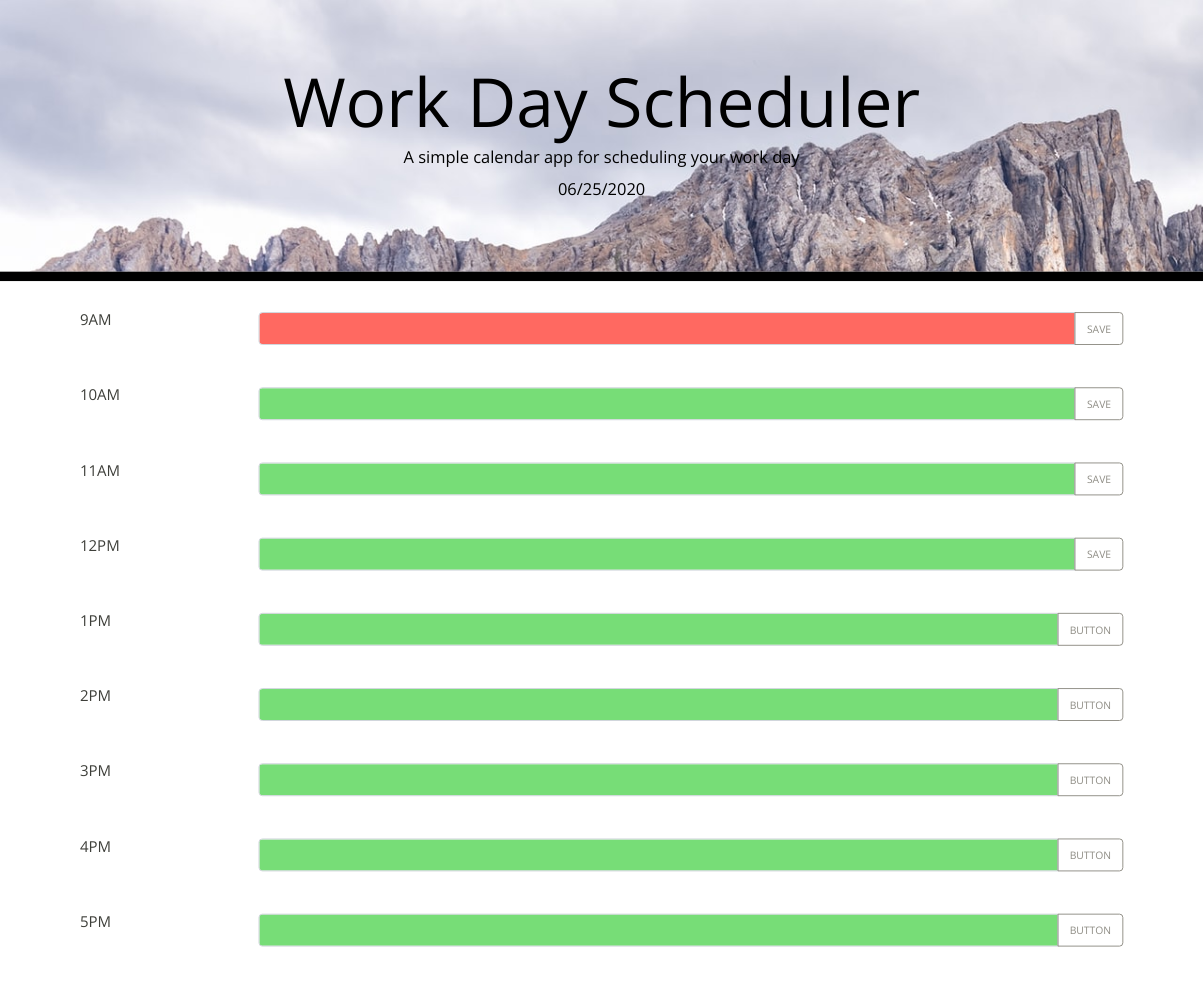
Repository: himaja830/Day-Planner
Page: Develop/index.html
An editor plug-in stored every save of this project. The page is shown before and after the next save, followed by the edit.
The browser window is 1280 px wide. The pictures show the whole page, at 94% of full size.
Some web libraries are served in a nearby version.

Above is the page before, as saved 2020-06-25 16:58:59.

After the next save:
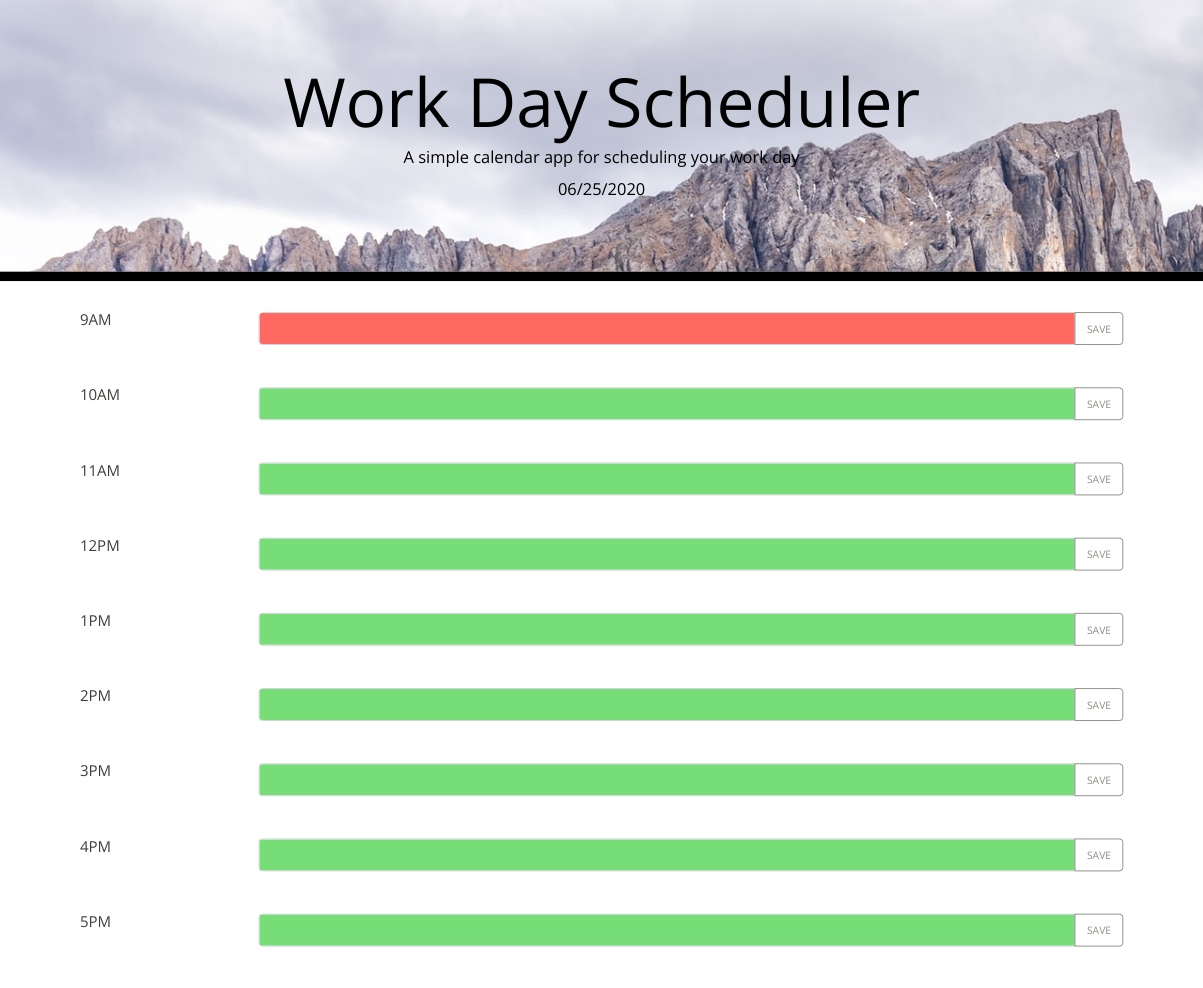
Saved 22 s later.
--- a/Develop/index.html
+++ b/Develop/index.html
@@ -89,7 +89,7 @@
           <input type="text" class="form-control event"  aria-label="Recipient's username"
             aria-describedby="button-addon2" data-time="13">
           <div class="input-group-append">
-            <button class="btn btn-outline-secondary" type="button" id="button-addon1" data-time="13">Button</button>
+            <button class="btn btn-outline-secondary" type="button" id="button-addon1" data-time="13">Save</button>
           </div>
         </div>
       </div>
@@ -104,7 +104,7 @@
           <input type="text" class="form-control event"  aria-label="Recipient's username"
             aria-describedby="button-addon2" data-time="14">
           <div class="input-group-append">
-            <button class="btn btn-outline-secondary" type="button" id="button-addon2" data-time="14">Button</button>
+            <button class="btn btn-outline-secondary" type="button" id="button-addon2" data-time="14">Save</button>
           </div>
         </div>
       </div>
@@ -118,7 +118,7 @@
           <input type="text" class="form-control event"  aria-label="Recipient's username"
             aria-describedby="button-addon2" data-time="15">
           <div class="input-group-append">
-            <button class="btn btn-outline-secondary" type="button" id="button-addon3" data-time="15">Button</button>
+            <button class="btn btn-outline-secondary" type="button" id="button-addon3" data-time="15">Save</button>
           </div>
         </div>
       </div>
@@ -133,7 +133,7 @@
           <input type="text" class="form-control event"  aria-label="Recipient's username"
             aria-describedby="button-addon2" data-time="16">
           <div class="input-group-append">
-            <button class="btn btn-outline-secondary" type="button" id="button-addon4" data-time="16">Button</button>
+            <button class="btn btn-outline-secondary" type="button" id="button-addon4" data-time="16">Save</button>
           </div>
         </div>
       </div>
@@ -148,7 +148,7 @@
           <input type="text" class="form-control event"  aria-label="Recipient's username"
             aria-describedby="button-addon2" data-time="17">
           <div class="input-group-append">
-            <button class="btn btn-outline-secondary" type="button" id="button-addon5" data-time="17">Button</button>
+            <button class="btn btn-outline-secondary" type="button" id="button-addon5" data-time="17">Save</button>
           </div>
         </div>
       </div>
